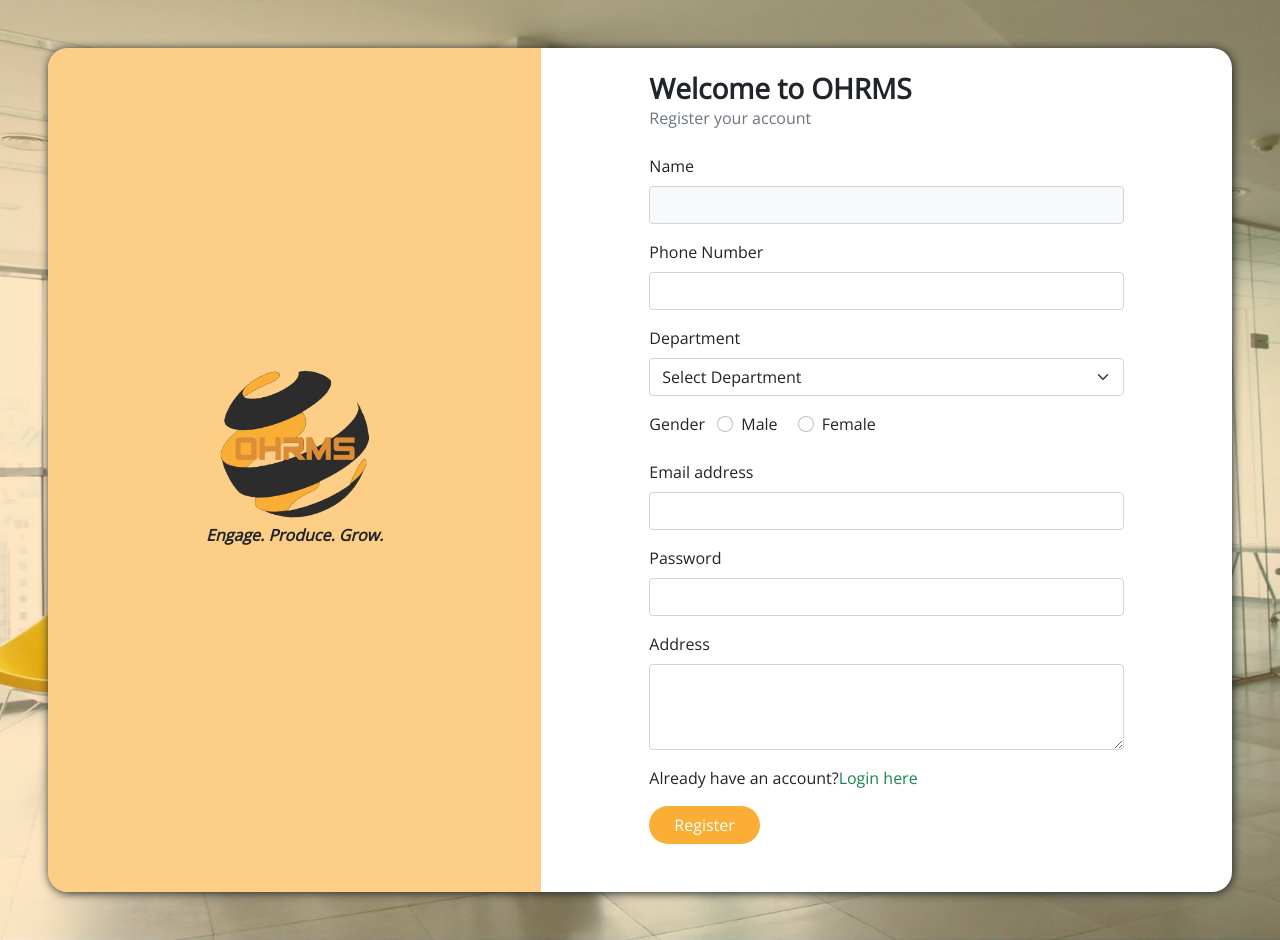
Repository: SaudCh/PHP-OHRMS
Page: http://localhost/register
These files come from the project's save history. The page is drawn as it stood at one moment and after the next save; the edit follows.
The browser window is 1280 px wide. The pictures show the whole page.
Some web libraries are served in a nearby version. The page is run by PHP 8.4 with error messages shown; the project is at /var/www/html/.

Above is the page before, as saved 2022-06-15 23:03:53.

### register.php
<?php
session_start();
$email = '';

include './assets/config/dbconfig.php';

if (isset($_SESSION['email'])) {
    $email = $_SESSION['email'];
    header("location: index");
}
?>
<!DOCTYPE html>
<html lang="en">

<head>
    <meta charset="UTF-8">
    <meta http-equiv="X-UA-Compatible" content="IE=edge">
    <meta name="viewport" content="width=device-width, initial-scale=1.0">
    <?php require "./assets/includes/link.includes.php" ?>
    <link rel="stylesheet" href="./assets/css/login.css" type="text/css">
    <title>Register</title>
    <style>
        .login-body {
            min-height: 90vh;
            display: flex;
            justify-content: center;
            align-items: center;

            background-image: linear-gradient(rgba(250, 174, 54, 0.3), rgba(250, 174, 54, 0.3)), url('./assets/images/4452961.webp');
            background-size: cover;
            background-repeat: no-repeat;
            background-position: center;
        }
    </style>
</head>

<body>
    <div class="container-fluid login-body p-5" style="min-height: 100vh;">
        <div class="row  login-card" style="width: 100%;min-height:80vh;">
            <div class="col-5 d-none d-md-flex justify-content-center align-items-center" style="background-color: rgba(250, 174, 54, 0.6);border-top-left-radius:20px;border-bottom-left-radius:20px;">
                <div class="text-center">
                    <img src="./assets/images/logo.png" width="150" class="img-fluid mb-1" alt=""><br>
                    <span class="fw-bold" style="font-style: italic;">Engage. Produce. Grow.</span><br><br>
                </div>
            </div>
            <div class="col-11 col-md-7 d-flex align-items-center">
                <form name="registerform" method="POST" action="./assets/includes/register.includes.php" style="width:100%" onsubmit="return validateform()" style="z-index: 10;position:relative;" class="mx-0 mt-2 px-0 px-md-5 mx-md-5">
                    <div class="mt-3">
                        <?php require "./assets/includes/alert.includes.php" ?>
                    </div>
                    <div class="text-center d-md-none">
                        <img src="./assets/images/logo.png" width="150" class="img-fluid mb-1" alt=""><br>
                        <span class="fw-bold" style="font-style: italic;">Engage. Produce. Grow.</span><br><br>
                    </div>
                    <span class="fw-bold h3 mb-1">Welcome to OHRMS</span><br>
                    <span class="text-muted">Register your account</span><br><br>
                    <div class="mb-1">
                        <label for="name" class="form-label">Name</label>
                        <input type="text" name="name" class="form-control bg-light" id="name">
                        <p id="nameerr" class="text-danger" style="font-size: 11px;"></p>
                    </div>
                    <div class="mb-1">
                        <label for="phone" class="form-label">Phone Number</label>
                        <input type="text" name="phoneNum" class="form-control" id="phone">
                        <p id="phonerr" class="text-danger" style="font-size: 11px;"></p>

                    </div>
                    <div class="mb-1">
                        <label for="department" class="form-label">Department</label>
                        <select name="department" class="form-select" id="department">
                            <option value="">Select Department</option>
                            <option value="IT">IT</option>
                            <option value="Finance">Finance</option>
                            <option value="Marketing">Marketing</option>
                        </select>
                        <p id="depterr" class="text-danger" style="font-size: 11px;"></p>

                    </div>
                    <div class="mb-1">
                        <label for="gender" class="form-label me-2">Gender</label>
                        <div class="form-check form-check-inline">
                            <input class="form-check-input" type="radio" name="gender" id="male" value="male">
                            <label class="form-check-label" for="male">Male</label>
                        </div>
                        <div class="form-check form-check-inline">
                            <input class="form-check-input" type="radio" name="gender" id="female" value="female">
                            <label class="form-check-label" for="female">Female</label>
                        </div>
                        <p id="gendererr" class="text-danger" style="font-size: 11px;"></p>
                    </div>
                    <div class="mb-1">
                        <label for="email" class="form-label">Email address</label>
                        <input type="email" name="email" class="form-control" id="email">
                        <p id="emailerr" class="text-danger" style="font-size: 11px;"></p>

                    </div>
                    <div class="mb-1">
                        <label for="password" class="form-label">Password</label>
                        <input type="password" name="password" class="form-control" id="password">
                        <p id="passworderr" class="text-danger" style="font-size: 11px;"></p>

                    </div>
                    <div class="mb-1">
                        <label for="address" class="form-label">Address</label>
                        <textarea class="form-control" name="address" id="address" rows="3"></textarea>
                        <p id="addresserr" class="text-danger" style="font-size: 11px;"></p>

                    </div>
                    <p class="already-account-text p-0">Already have an account?<a class="link text-success" href="login">Login here</a></p>
                    <button type="submit" class="btn text-white mb-5 px-4" style="background-color: #faae36;border-radius:20px;">Register</button>
                </form>
            </div>

        </div>
    </div>
    <script src="./assets/Js/register.js"></script>
</body>

</html>

### assets/config/dbconfig.php
<?php
// Database configuration
$dbHost     = "localhost";
$dbUsername = "root";
$dbPassword = "";
$dbName     = "ohrms";

// $dbHost     = "sql309.epizy.com";
// $dbUsername = "epiz_31832295";
// $dbPassword = "tUeUxf7Ppv8";
// $dbName     = "epiz_31832295_ohrms";

// Create database connection
$db = new mysqli($dbHost, $dbUsername, $dbPassword, $dbName);
$con = mysqli_connect($dbHost, $dbUsername, $dbPassword, $dbName);

// Check connection
if ($db->connect_error) {
    die("Connection failed: " . $db->connect_error);
}

### assets/includes/link.includes.php
<link href="https://cdn.jsdelivr.net/npm/bootstrap@5.0.2/dist/css/bootstrap.min.css" rel="stylesheet" integrity="sha384-EVSTQN3/azprG1Anm3QDgpJLIm9Nao0Yz1ztcQTwFspd3yD65VohhpuuCOmLASjC" crossorigin="anonymous">
<script src="https://cdn.jsdelivr.net/npm/bootstrap@5.0.2/dist/js/bootstrap.bundle.min.js" integrity="sha384-MrcW6ZMFYlzcLA8Nl+NtUVF0sA7MsXsP1UyJoMp4YLEuNSfAP+JcXn/tWtIaxVXM" crossorigin="anonymous"></script>
<script src="https://cdn.jsdelivr.net/npm/@popperjs/core@2.9.2/dist/umd/popper.min.js" integrity="sha384-IQsoLXl5PILFhosVNubq5LC7Qb9DXgDA9i+tQ8Zj3iwWAwPtgFTxbJ8NT4GN1R8p" crossorigin="anonymous"></script>
<script src="https://cdn.jsdelivr.net/npm/bootstrap@5.0.2/dist/js/bootstrap.min.js" integrity="sha384-cVKIPhGWiC2Al4u+LWgxfKTRIcfu0JTxR+EQDz/bgldoEyl4H0zUF0QKbrJ0EcQF" crossorigin="anonymous"></script>

<script src="https://kit.fontawesome.com/5d60ba127b.js" crossorigin="anonymous"></script>

<link rel="stylesheet" href="./assets/css/style.css" type="text/css">
<link rel="stylesheet" href="./assets/css/footer.css" type="text/css">

<link rel="preconnect" href="https://fonts.googleapis.com">
<link rel="preconnect" href="https://fonts.gstatic.com" crossorigin>
<link href="https://fonts.googleapis.com/css2?family=Open+Sans&display=swap" rel="stylesheet">


<style>
    .link {
        text-decoration: none;
    }
    *{
        font-family: 'Open Sans', sans-serif;
    }
</style>

### assets/includes/alert.includes.php
<?php if (isset($_GET["suc"])) {
    $msg = $_GET["suc"];
?>
    <div class="alert alert-success" role="alert">
        <?= $msg ?>
    </div>
<?php
} ?>
<?php if (isset($_GET["err"])) {
    $msg = $_GET["err"];
?>
    <div class="alert alert-danger" role="alert">
        <?= $msg ?>
    </div>
<?php
} ?>

### assets/css/footer.css
.back-to-top {
  cursor: pointer;
  position: fixed;
  bottom: 30px;
  right: 20px;
  display: none;
  z-index: 10;
}

.footer {
  background-color: #fe9126;
  display: flex;
  color: white;
  z-index: 2;
}

.footer a {
  color: white;
  text-decoration: none;
  font-weight: 500;
}

.footer-links ul {
  text-align: left;
}

.footer-links li {
  list-style: none;
}

.copyright {
  color: white;
  background-color: #fe9126;
}

### assets/css/login.css
.login-body {
  min-height: 90vh;
  background-image: linear-gradient(rgba(0, 0, 0, 0.5), rgba(0, 0, 0, 0.5)),
    url("../images/4452961.webp");
  background-size: cover;
  background-repeat: no-repeat;
  background-position: center;
}
.login-card {
  background-color: rgba(255, 255, 255, 1);
  box-shadow: 1px 1px 10px;
  border-radius: 20px;
  border-color: #faae36;
}

### assets/Js/register.js

function validateform() {
    var name = document.registerform.name.value;
    var department = document.registerform.department.value;
    var phone = document.registerform.phoneNum.value;
    var gender = document.registerform.gender.value;
    var email = document.registerform.email.value;
    var password = document.registerform.password.value;
    var address = document.registerform.address.value;

    let err = true;

    if (name == null || name == "") {
        document.getElementById("nameerr").innerHTML = "*Name Required";
        err = false;
    } else if (/^[a-zA-Z]/.test(name) === false) {
        document.getElementById("nameerr").innerHTML = "Only alphabets are allowed.";
        err = false;
    } else {
        document.getElementById("nameerr").innerHTML = "";
    }

    if (phone == null || phone == "") {
        document.getElementById("phonerr").innerHTML = "*Phone Required";
        err = false;
    } else if (/^[0-9+]+$/.test(phone) === false) {
        document.getElementById("phonerr").innerHTML = "Only numbers are allowed."
        err = false;
    } else if (phone.length < 11) {
        document.getElementById("phonerr").innerHTML = "Phone Number must be 11 digits."
        err = false;
    } else {
        document.getElementById("phonerr").innerHTML = "";
    }

    if (department == null || department == "") {
        document.getElementById("depterr").innerHTML = "*Department Required";
        err = false;
    } else {
        document.getElementById("depterr").innerHTML = "";
    }

    if (gender == null || gender == "") {
        document.getElementById("gendererr").innerHTML = "*Gender Required";
        err = false;
    } else {
        document.getElementById("gendererr").innerHTML = "";
    }

    if (email == null || email == "") {
        document.getElementById("emailerr").innerHTML = "*Email Required";
        err = false;
    } else if (!/\S+@\S+\.\S+/.test(email)) {
        document.getElementById("emailerr").innerHTML = "Invalid Email";
    } else {
        document.getElementById("emailerr").innerHTML = "";
    }

    if (password == null || password == "") {
        document.getElementById("passworderr").innerHTML = "*Password Required";
        err = false;
    } else if (password.length < 6) {
        document.getElementById("passworderr").innerHTML = "Password must greater than 6 characters";
        err = false;
    } else {
        document.getElementById("passworderr").innerHTML = "";
    }

    if (address == null || address == "") {
        document.getElementById("addresserr").innerHTML = "*Address Required";
        err = false;
    } else {
        document.getElementById("addresserr").innerHTML = "";
    }

    return err;
}

Loaded but not shown: assets/css/style.css (common file)

After the next save:
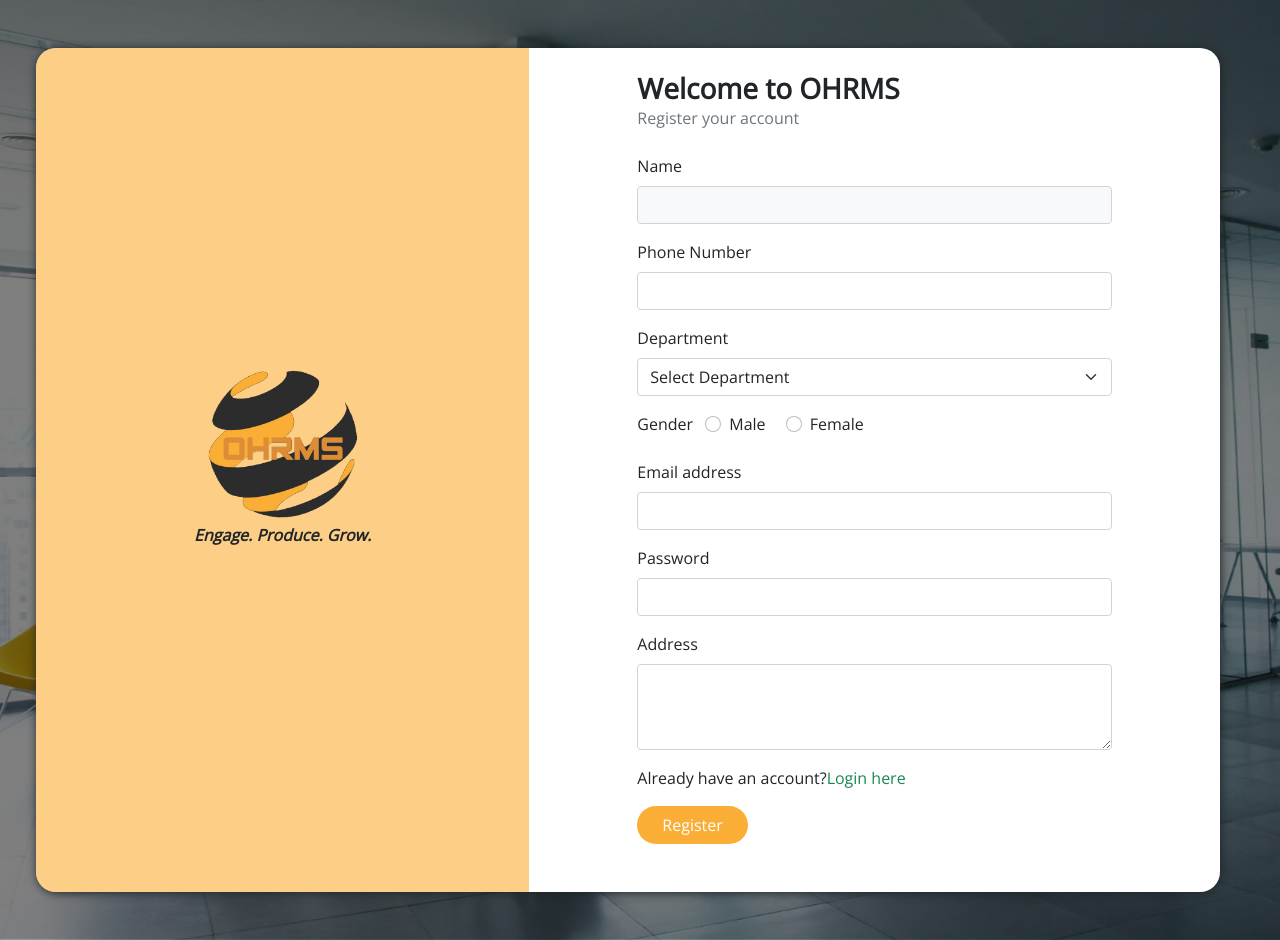
Saved 18 s later.
--- a/register.php
+++ b/register.php
@@ -19,19 +19,6 @@
     <?php require "./assets/includes/link.includes.php" ?>
     <link rel="stylesheet" href="./assets/css/login.css" type="text/css">
     <title>Register</title>
-    <style>
-        .login-body {
-            min-height: 90vh;
-            display: flex;
-            justify-content: center;
-            align-items: center;
-
-            background-image: linear-gradient(rgba(250, 174, 54, 0.3), rgba(250, 174, 54, 0.3)), url('./assets/images/4452961.webp');
-            background-size: cover;
-            background-repeat: no-repeat;
-            background-position: center;
-        }
-    </style>
 </head>
 
 <body>
